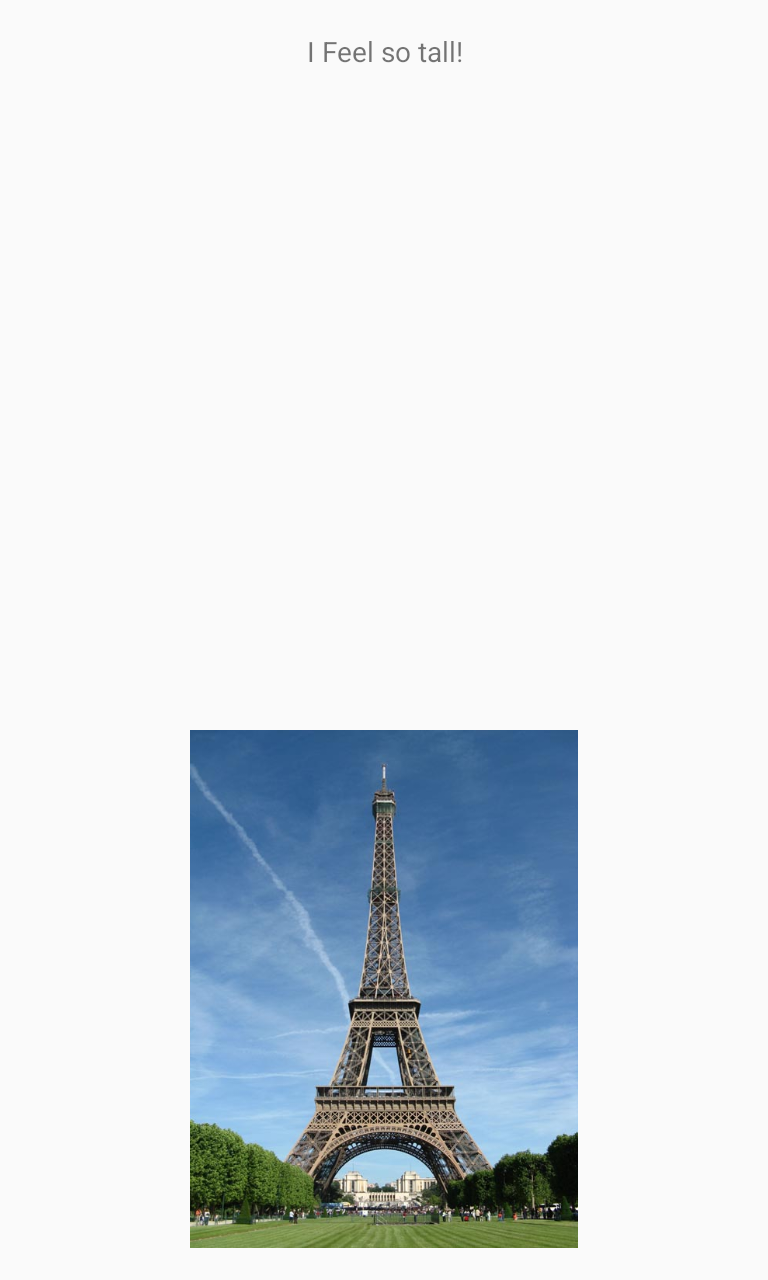
Repository: Smahane/Android_CST407
Layout: HomeWork2/HomeWork2_Resources_State/res/layout/fragment_opinion.xml
These files come from the project's save history. The layout is drawn as it stood at one moment and after the next save; the edit follows.
It is drawn on a 768 x 1280 px phone screen (xhdpi) without system bars, with theme AppTheme; the app's code is not run.

Above is the layout before, as saved 2014-07-20 17:42:50.

After the next save:
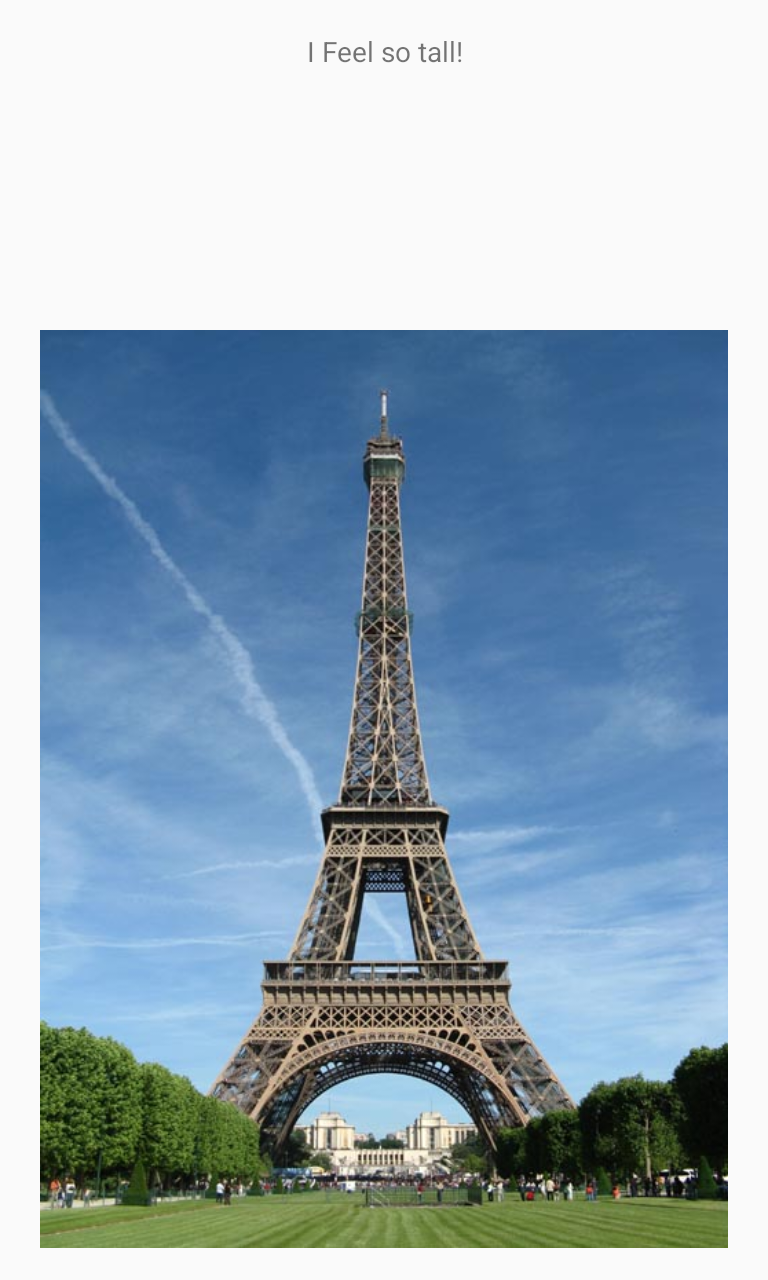
Saved 10 s later.
--- a/HomeWork2/HomeWork2_Resources_State/res/layout/fragment_opinion.xml
+++ b/HomeWork2/HomeWork2_Resources_State/res/layout/fragment_opinion.xml
@@ -21,7 +21,7 @@
         android:layout_height="wrap_content"
         android:layout_alignLeft="@+id/textView1"
         android:layout_below="@+id/textView1"
-        android:layout_marginTop="330dp"
+        android:layout_marginTop="130dp"
         android:layout_centerHorizontal="true"
         android:src="@drawable/eiffeltower" />
 
